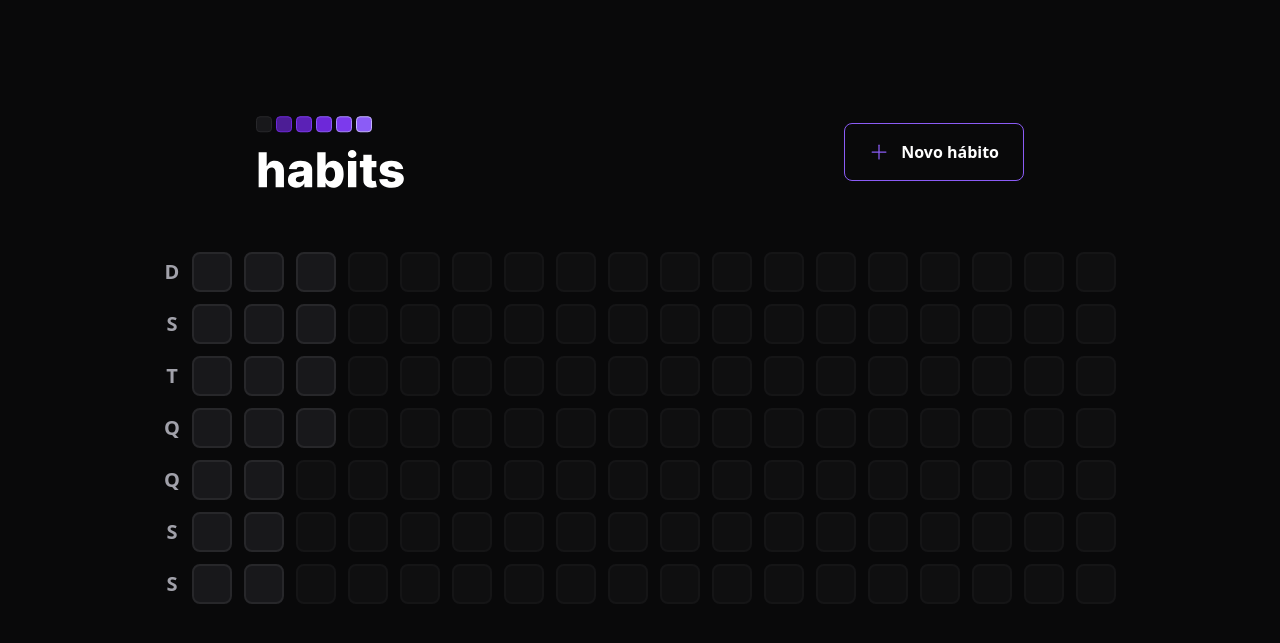
Repository: LuizAGDomingues/Habits-application
Page: /
These files come from the project's save history. The page is drawn as it stood at one moment and after a run of saves; the edit follows.
The browser window is 1280 px wide. The pictures show the whole page.
The project was rebuilt for these pictures with package versions that can differ from the ones it lists, and the page was loaded fresh each time. Also part of the build but not shown: vite.config.ts, src/components/NewHabitForm.tsx, src/components/ProgressBar.tsx.

Above is the page before, as saved 2023-01-18 22:32:25.

After the next 3 saves:
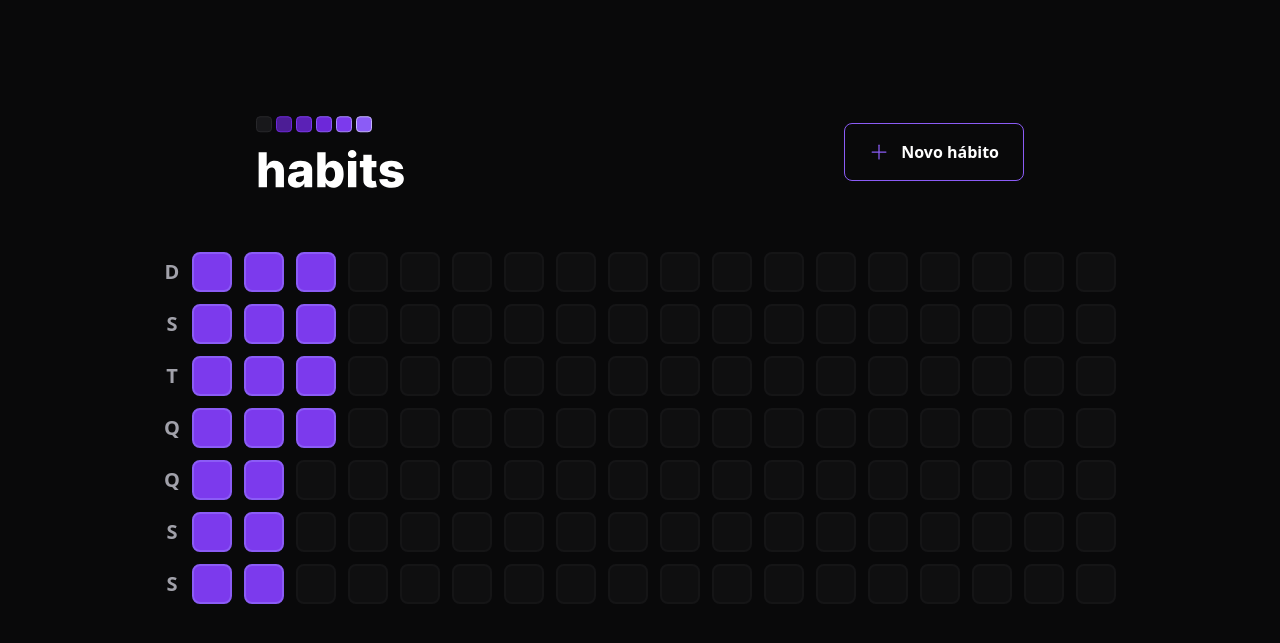
The 3 saves are shown as one change because they came seconds apart.
The last was saved 24 s later.
--- a/src/components/HabitDay.tsx
+++ b/src/components/HabitDay.tsx
@@ -13,7 +13,7 @@ function HabitDay({ completed, amount }: HabitDayProps) {
   return (
     <Popover.Root>
       <Popover.Trigger
-        className={clsx('w-10 h-10 bg-zinc-900 border-2 border-zinc-800 rounded-lg', {
+        className={clsx('w-10 h-10 border-2 rounded-lg', {
           'bg-violet-900 border-violet-700': completedPercentage === 0,
           'bg-violet-900 border-violet-700': completedPercentage > 0 && completedPercentage < 20,
           'bg-violet-800 border-violet-600': completedPercentage >= 20 && completedPercentage <= 40,
